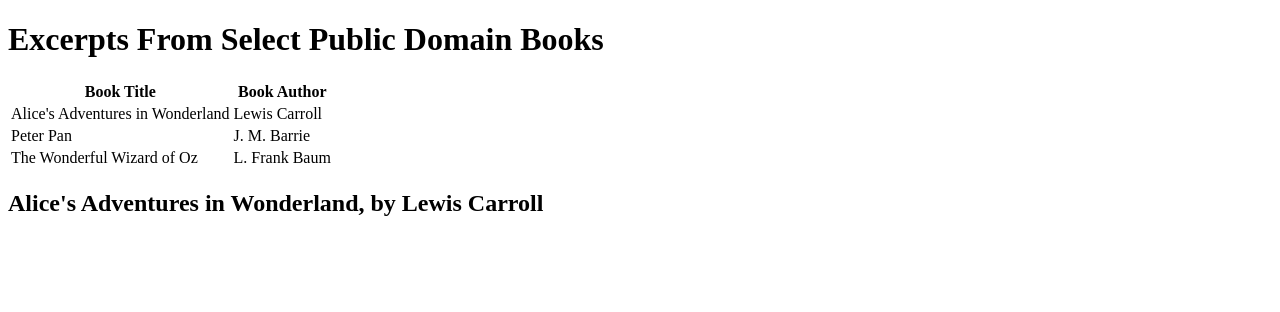
Repository: rishondass/ITMD361-Lab3
Page: index.html
The author's editor kept a copy of each file at every save. The page is drawn from the files as they stood at one save, then again after the next save.
The browser window is 1280 px wide. The pictures show the whole page.

Above is the page before, as saved 2023-01-13 14:30:14.

### index.html
<!DOCTYPE html>
<html lang="en">
<head>
    <meta charset="UTF-8">
    <meta http-equiv="X-UA-Compatible" content="IE=edge">
    <meta name="viewport" content="width=device-width, initial-scale=1.0">
    <title>Excerpts From Select Public Domain Books</title>
</head>
<body>
    <h1>Excerpts From Select Public Domain Books</h1>
    <table>
        <thead>
            <tr>
                <th>
                    <strong>Book Title</strong>
                </th>
                <th>
                    <strong>Book Author</strong>
                </th>
            </tr>
        </thead>
        <tbody>
            <tr>
                <td>Alice's Adventures in Wonderland</td>
                <td>Lewis Carroll</td>
            </tr>
            <tr>
                <td>Peter Pan</td>
                <td>J. M. Barrie</td>
            </tr>
            <tr>
                <td>The Wonderful Wizard of Oz</td>
                <td>L. Frank Baum</td>
            </tr>
        </tbody>
    </table>

    <h2>Alice's Adventures in Wonderland, by Lewis Carroll</h2>
</body>
</html>

After the next save:
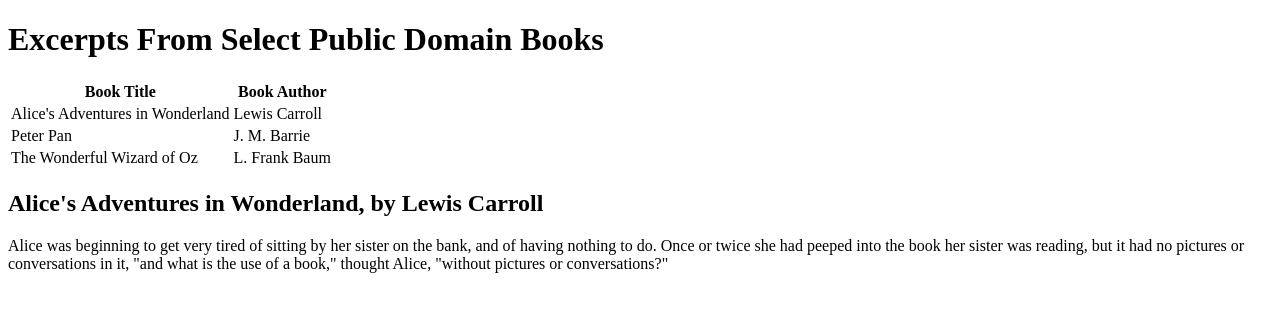
Saved 29 s later.
--- a/index.html
+++ b/index.html
@@ -36,5 +36,6 @@
     </table>
 
     <h2>Alice's Adventures in Wonderland, by Lewis Carroll</h2>
+    <p>Alice was beginning to get very tired of sitting by her sister on the bank, and of having nothing to do. Once or twice she had peeped into the book her sister was reading, but it had no pictures or conversations in it, "and what is the use of a book," thought Alice, "without pictures or conversations?"</p>
 </body>
 </html>
